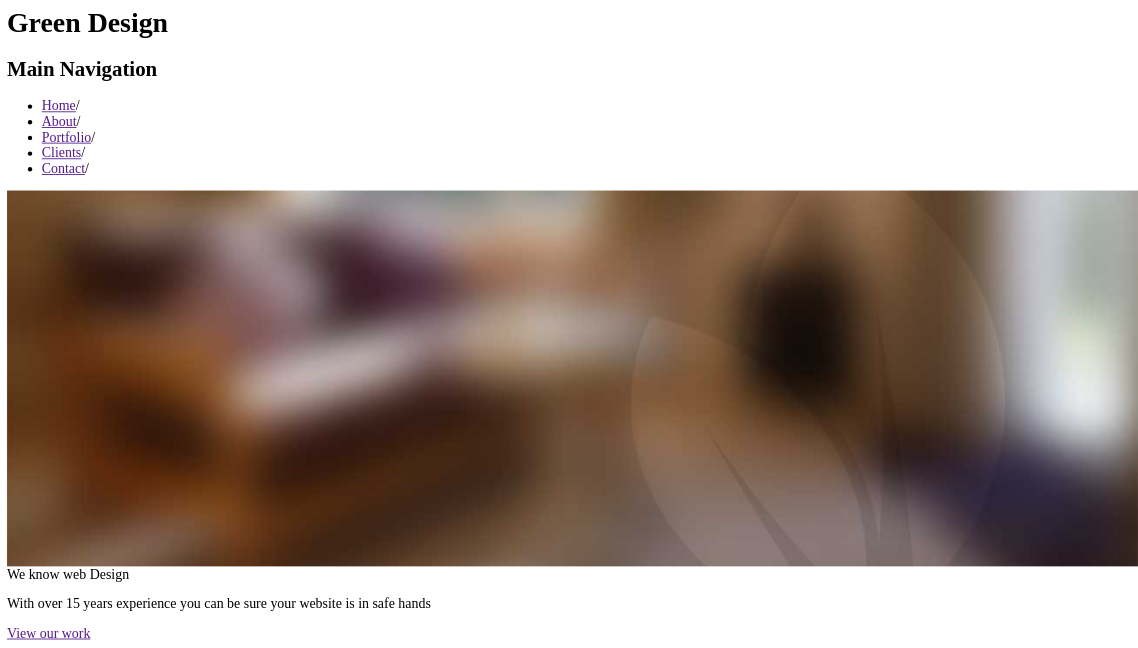
Repository: Piterwk1/psd-to-html
Page: website/index.html
The author's editor kept a copy of each file at every save. The page is drawn from the files as they stood at one save, then again after the next save.
The browser window is 1280 px wide. The page is 1308 px wide, so the pictures cover 1308 px, including what lies to the right of the window. The pictures show the whole page, at 87% of full size.

Above is the page before, as saved 2021-09-13 19:54:50.

After the next save:
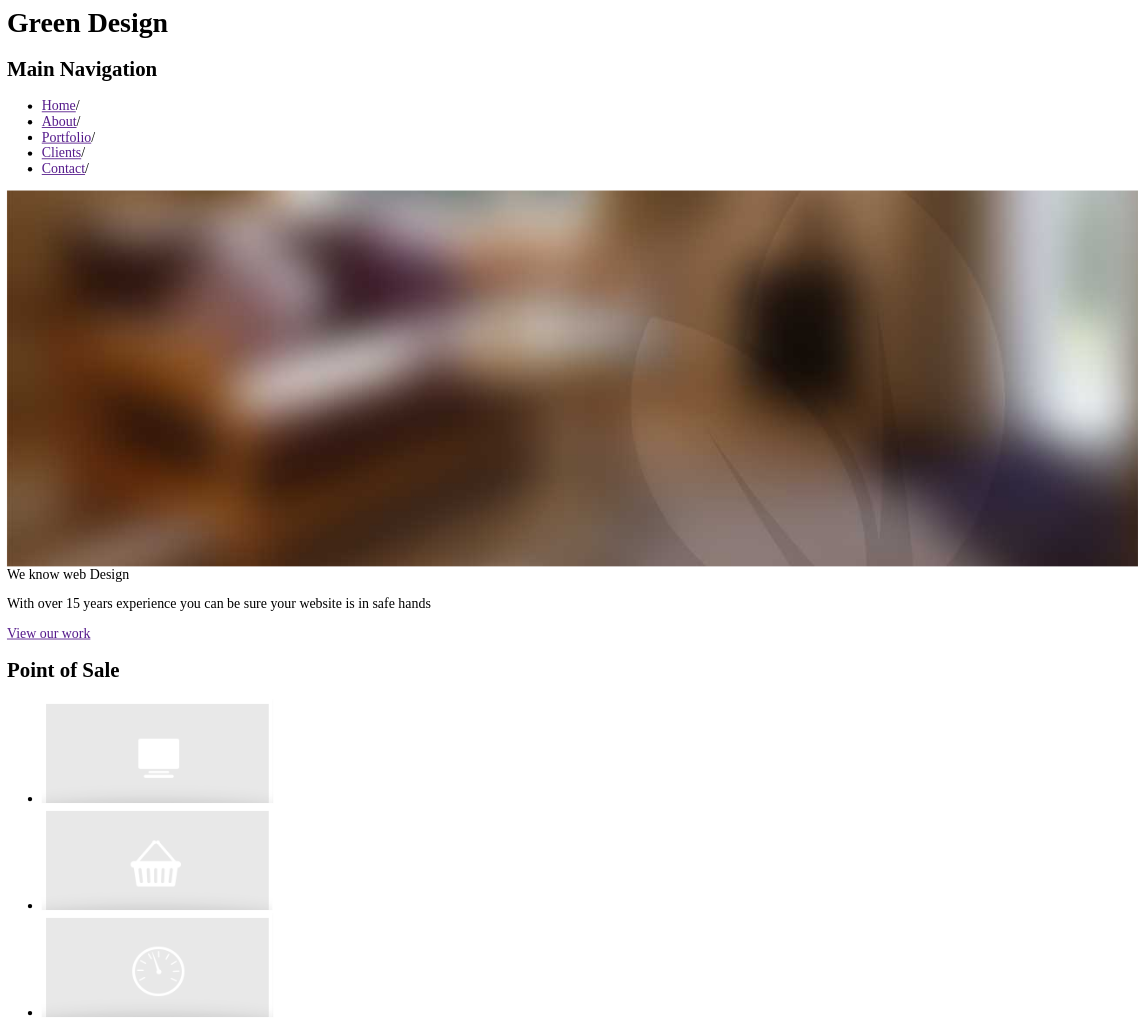
Saved 5 min 29 s later.
--- a/website/index.html
+++ b/website/index.html
@@ -34,7 +34,20 @@
         </div>
     </div>
     <div id="main-content">
-        <section></section>
+        <section>
+            <h2>Point of Sale</h2>
+            <ul>
+                <li>
+                    <img src="images/cs1.png" alt="Web Design">
+                </li>
+                <li>
+                    <img src="images/cs2.png" alt="E-commerce">
+                </li>
+                <li>
+                    <img src="images/cs3.png" alt="SEO">
+                </li>
+            </ul>
+        </section>
         <section></section>
         <section></section>
     </div>
